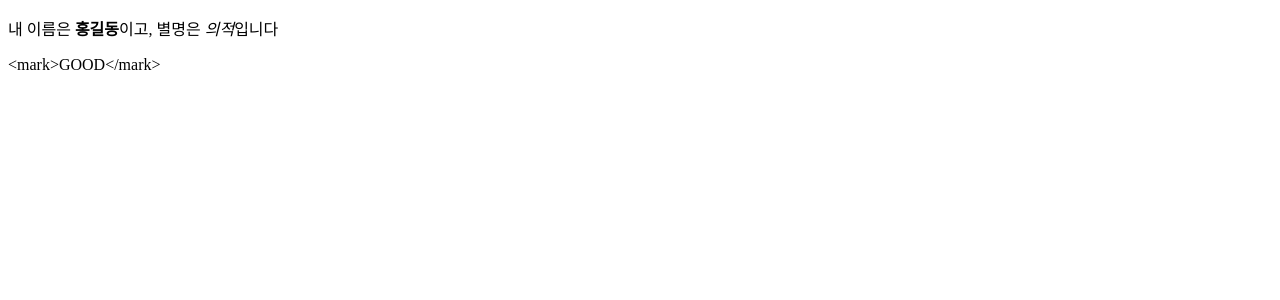
Repository: chopilyeon/JavaWeb
Page: LectureWeb/src/main/webapp/jquery/exam03.html
An editor plug-in stored every save of this project. The page is shown before and after the next save, followed by the edit.
The browser window is 1280 px wide. The pictures show the whole page.

Above is the page before, as saved 2022-05-30 06:51:57.

### LectureWeb/src/main/webapp/jquery/exam03.html
<!DOCTYPE html>
<html>
<head>
<meta charset="UTF-8">
<title>Insert title here</title>
<script src ="https://code.jquery.com/jquery-3.6.0.js"></script>
<script>
$(document).ready(function(){
  //innerHTML innerTEXT // 태그를 텍스트로 인식할건지 테그로 인식할건지.

  //P태그를 읽어오고 싶음
  let pTags = document.getElementsByTagName("p")
  let html = pTags[0].innerHTML
  let text = pTags[0].innerText


  pTags[1].innerHTML='<mark>GOOD</mark>'
  pTags[1].innerText='<mark>GOOD</mark>' //이렇게 쓰면 text로 인식함
  alert('html : ' + html)
  alert('html : ' + html + '\ntext:' +text)
	//이제 jquery로 읽어보자

  $('p').html() // console 창에 갈겨보자.
  $('p').text() // 이러면  p태그 모든 걸 뽑아와서 하나로 만들어버림 2개가 다 나옴


	// p태그임




})
//근데 이걸 이제 jquery로 뽑아오고 싶더라~







</script>




</head>
<body>
	<p>
		내 이름은 <b>홍길동</b>이고, 별명은 <i>의적</i>입니다
	</p>
	<p>
		내 이름은 <strong>홍길순</strong>이고, 별명은 <em>의적2</em>입니다
	</p>



</body>
</html>

After the next save:
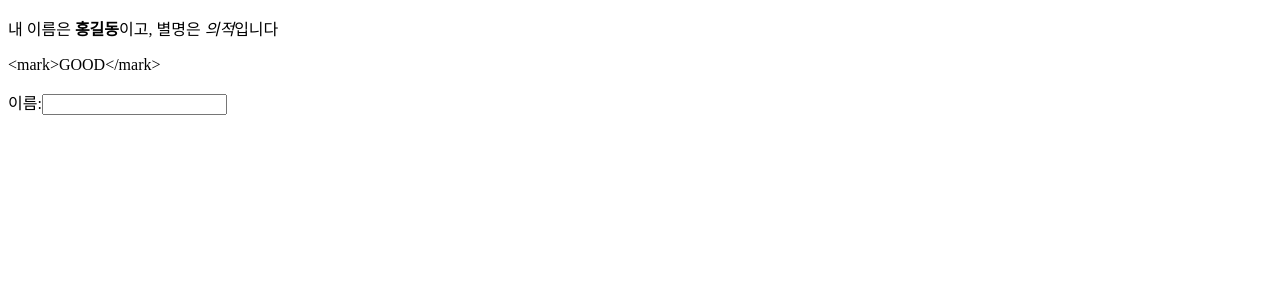
Saved 77 s later.
--- a/LectureWeb/src/main/webapp/jquery/exam03.html
+++ b/LectureWeb/src/main/webapp/jquery/exam03.html
@@ -17,7 +17,7 @@ $(document).ready(function(){
   pTags[1].innerHTML='<mark>GOOD</mark>'
   pTags[1].innerText='<mark>GOOD</mark>' //이렇게 쓰면 text로 인식함
   alert('html : ' + html)
-  alert('html : ' + html + '\ntext:' +text)
+  alert('html : ' + html + '\ntext: ' +text)
 	//이제 jquery로 읽어보자
 
   $('p').html() // console 창에 갈겨보자.
@@ -51,6 +51,7 @@ $(document).ready(function(){
 	<p>
 		내 이름은 <strong>홍길순</strong>이고, 별명은 <em>의적2</em>입니다
 	</p>
+	이름:<input type="text">
 
 
 
